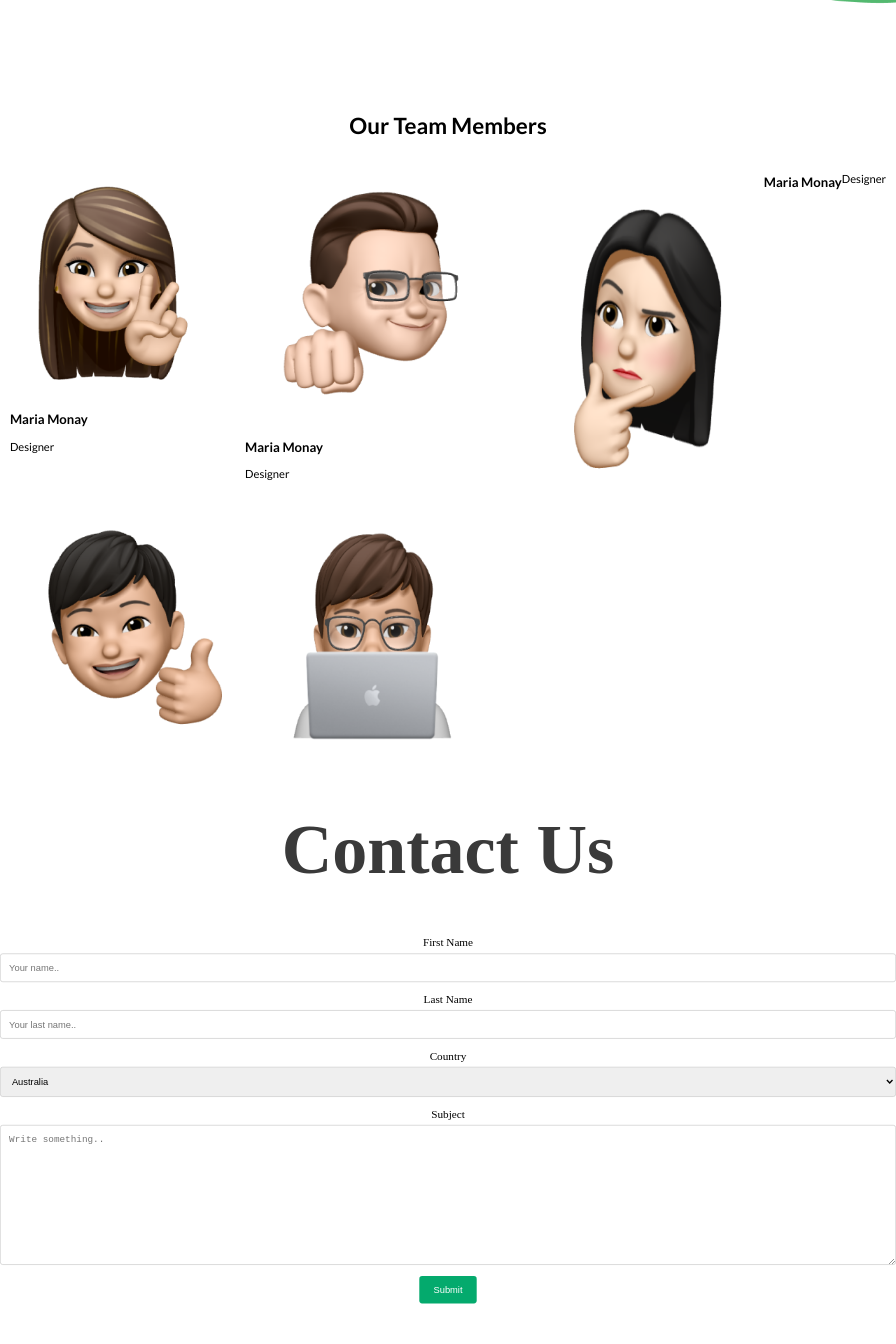
Repository: leahma1208/dinemaster
Page: index.html
The author's editor kept a copy of each file at every save. The page is drawn from the files as they stood at one save, then again after a run of saves.
The browser window is 1280 px wide. The pictures show the part of the page from y = 4080 to 6000 px (the page is 6046 px tall before and 6059 px after), at 70% of full size.
A picture or video elsewhere on the page could not be fetched, so the positions and the page height are approximate.

Above is the page before, as saved 2021-05-07 12:30:02.

### index.html
<!DOCTYPE html>
<html lang="en">
<head>
    <meta charset="UTF-8">
    <meta http-equiv="X-UA-Compatible" content="IE=edge">
    <meta name="viewport" content="width=device-width, initial-scale=1.0">
    <link rel="stylesheet" href="style.css">
    <link rel="preconnect" href="https://fonts.gstatic.com">
<link href="https://fonts.googleapis.com/css2?family=Lato:ital,wght@0,300;0,400;0,700;0,900;1,400;1,700;1,900&display=swap" rel="stylesheet">
    <title>Dinemaster</title>
</head>
<body>
    <div class="holder">
    <div class="main-nav">
        <div class="logo"><img src="/img/Logo.svg" alt=""></div>
        <div class="nav">
            <a href="#feature">Features</a>
            <a href="#down">Download</a>
            <a href="#about">About us</a>
        </div>
    </div>
<!-- =========INTRO================= -->
    <div class="col intro">
        <div class="head-cont">
            <div class="head">Share, Post, Like &<br> Review Restaurants</div>
            <div class="text">Share your favourite restaurants visits with your friends and family! Keep track of your visits and rate other restaurants.</div>
        </div>

        <div class="vid">
            <iframe width="700" height="400" src="https://www.youtube.com/watch?v=QAF69FwPSKw" title="YouTube video player" frameborder="0" allow="accelerometer; autoplay; clipboard-write; encrypted-media; gyroscope; picture-in-picture" allowfullscreen></iframe>
        </div>

    </div>

<!-- =========PERSONAL ACCOUNTS================= -->
    <div class="col personal" id="feature">
        <div class="personal-img">
            <img src="/img/personal.svg" alt="personal">
        </div>

        <div class="per-cont">
            <div class="head">Personal Accounts</div>
            <div class="text ">Post your favourite meal and keep track of your previous visits! Recommend your favourite restaurants to your friends and family.</div>
        </div>
    </div>


    <!-- =========BUSINESS ACCOUNTS================= -->
    <div class="col business">

        <div class="per-cont">
            <div class="head">Business Accounts</div>
            <div class="text ">Are you a business owner? Advertise your business by posting your restaurant menus and daily specials. Also, receive customer feedbacks to improve and promote your business.</div>
        </div>

        <div class="business-img">
            <img src="/img/business.svg" alt="business">
        </div>
    </div>

    <!--================ DOWNLOAD APP============== -->
    <div class="download" id="down">
        <div class="down-cont">
            <div class="bighead">Download App</div>
            <div class="text">Install the app today to share your favourite restaurants with your friends and family!</div>
        </div>
        <div class="down-img">
            <img src="/img/download.svg" alt="download">
        </div>
        <div class="down-buttons">
            <img src="/img/app store.svg" alt="app store">
            <img src="/img/google play.svg" alt="playstore">
        </div>
    </div>

     <!-- =========ABOUT US================= -->
        <div class="col aboutus" id="about">

            <div class="per-cont">
                <div class="head">About Us</div>
                <h2 class="dine">Dinemaster</h2>
                <div class="text ">Dinemaster allows users to share their personal experience with a restaurant that they have visited. With this app many restaurants can use this platform to advertise for their business and connect with their customers.</div>
            </div>

            <div class="business-img">
                <img src="/img/Aboutus.png" alt="aboutus">
            </div>
        </div>

<!-- =========Team Members================= -->
        <div class="members">
            <h1>Our Team Members</h1>
            <div class="img1">
                <div><img src="/img/image 4.png" alt="Maria Monay"><h3>Maria Monay</h3><p>Designer</p></div>
                <div><img src="/img/image 5.png" alt="Lance Bulseco"><h3>Maria Monay</h3><p>Designer</p></div>
                <img src="/img/39f8df7f1b6dbd378f3a219a0ab0f1ef-sticker 1.png" alt="Leah Ma"><h3>Maria Monay</h3><p>Designer</p></div>
            </div>
            <div class="img2">
                <img src="/img/2f48eec3970b26064700bd96f6fee4a5-sticker 1.png" alt="Justin Tsen">
                <img src="/img/4bc877a33df24f9d52337a4e7bfaca46-sticker 1.png" alt="Jason Zhao">
            </div>
        </div>

<!-- =========Contact Us================= -->
        <div>
            <h1 class="Contact">Contact Us</h1>
            <form action="/action_page.php" class="submit">
                <label for="fname">First Name</label>
                <input type="text" id="fname" name="firstname" placeholder="Your name..">

                <label for="lname">Last Name</label>
                <input type="text" id="lname" name="lastname" placeholder="Your last name..">

                <label for="country">Country</label>
                <select id="country" name="country">
                  <option value="australia">Australia</option>
                  <option value="canada">Canada</option>
                  <option value="usa">USA</option>
                </select>

                <label for="subject">Subject</label>
                <textarea id="subject" name="subject" placeholder="Write something.." style="height:200px"></textarea>

                <input type="submit" value="Submit" >
              </form>
        </div>
<br>
<br>
<br>
<!-- =========Copy Right================= -->
<div class="copyright">
    <p>©2021 Dinemaster | BCIT Educational Project</p>
</div>
</div>
</body>
</html>

### style.css
body ,
html {
  margin: 0;
}

.holder {
  font-family: "Lato", sans-serif;
}

/* ===============NAV BAR============ */
.main-nav {
  display: flex;
  padding-top: 50px;
  justify-content: space-between;
  max-width: 90vw;
  margin: auto;
}

.logo > img {
  width: 350px;
}

.nav {
  display: flex;
  justify-content: space-between;
  min-width: 650px;
}

.nav > a {
  text-decoration: none;
  color: #222222;
  font-size: 30px;
}

a:hover {
  color: #727272;
}
/* ===========FIRST COL=================== */

.col {
  display: flex;
}

.intro {
  max-width: 90vw;
  margin: auto;
  margin-top: 300px;
  justify-content: space-between;
}

.head {
  font-size: 60px;
  color: #3a3a3a;
  font-weight: 400;
}
.text {
  font-size: 30px;
  line-height: 40px;
  color: #444444;
  margin-top: 30px;
  font-weight: 300;
  max-width: 700px;
}

.vid {
  margin-left: 100px;
}

/* ========PERSONAL============== */
.personal {
  margin-top: 150px;
  justify-content: space-between;
}

.personal-img {
  margin-right: 100px;
}

.per-cont {
  margin: auto;
  padding: 60px;
}

/* ========BUSINESS============== */
.business {
  margin-top: 100px;
  justify-content: space-between;
}

/* ======DOWNLOAD============= */

.download {
  max-width: 90vw;
  margin: auto;
  display: flex;
  flex-direction: column;
  justify-content: center;
  align-items: center;
}

.down-cont {
  margin-top: 250px;
  text-align: center;
}

.bighead {
  font-size: 100px;
  font-weight: 700;
  color: #3a3a3a;
}

.down-img {
  margin-top: 100px;
  margin-bottom: 100px;
}

.down-buttons {
  display: flex;
  justify-content: space-around;
}

.down-buttons > img {
  padding: 10px;
}

/* ======ABOUTUS============= */
.dine{
font-size: 40px;
}
/* ======ABOUTUS============= */

.members{
  display: flex;
  justify-content: center;
  align-items: center;
  flex-direction: column;
}


.img1{
  display: flex;
  flex-direction: row;
  padding: 10px;
}

.img2{
  display: flex;
  flex-direction: row;
  padding: 10px;
}




/*==========Contact==============*/


input[type=text], select, textarea {
  width: 100%;
  padding: 12px;
  border: 1px solid #ccc;
  border-radius: 4px;
  box-sizing: border-box;
  margin-top: 6px;
  margin-bottom: 16px;
  resize: vertical;
}

input[type=submit] {
  background-color: #04AA6D;
  color: white;
  padding: 12px 20px;
  border: none;
  border-radius: 4px;
  cursor: pointer;
}

input[type=submit]:hover {
  background-color: #45a049;
}

.container {
  border-radius: 5px;
  background-color: #f2f2f2;
  padding: 20px;
}

.Contact{
  display: flex;
  justify-content: center;
  font-size: 100px;
  font-weight: 700;
  color: #3a3a3a;
}

.submit{
  display: flex;
  justify-content: center;
  align-items: center;
  flex-direction: column;
}
/*========Copy========*/

.copyright{
  display: flex;
  align-items: center;
  justify-content: center;
  font-weight:200px;
}

After the next 2 saves:
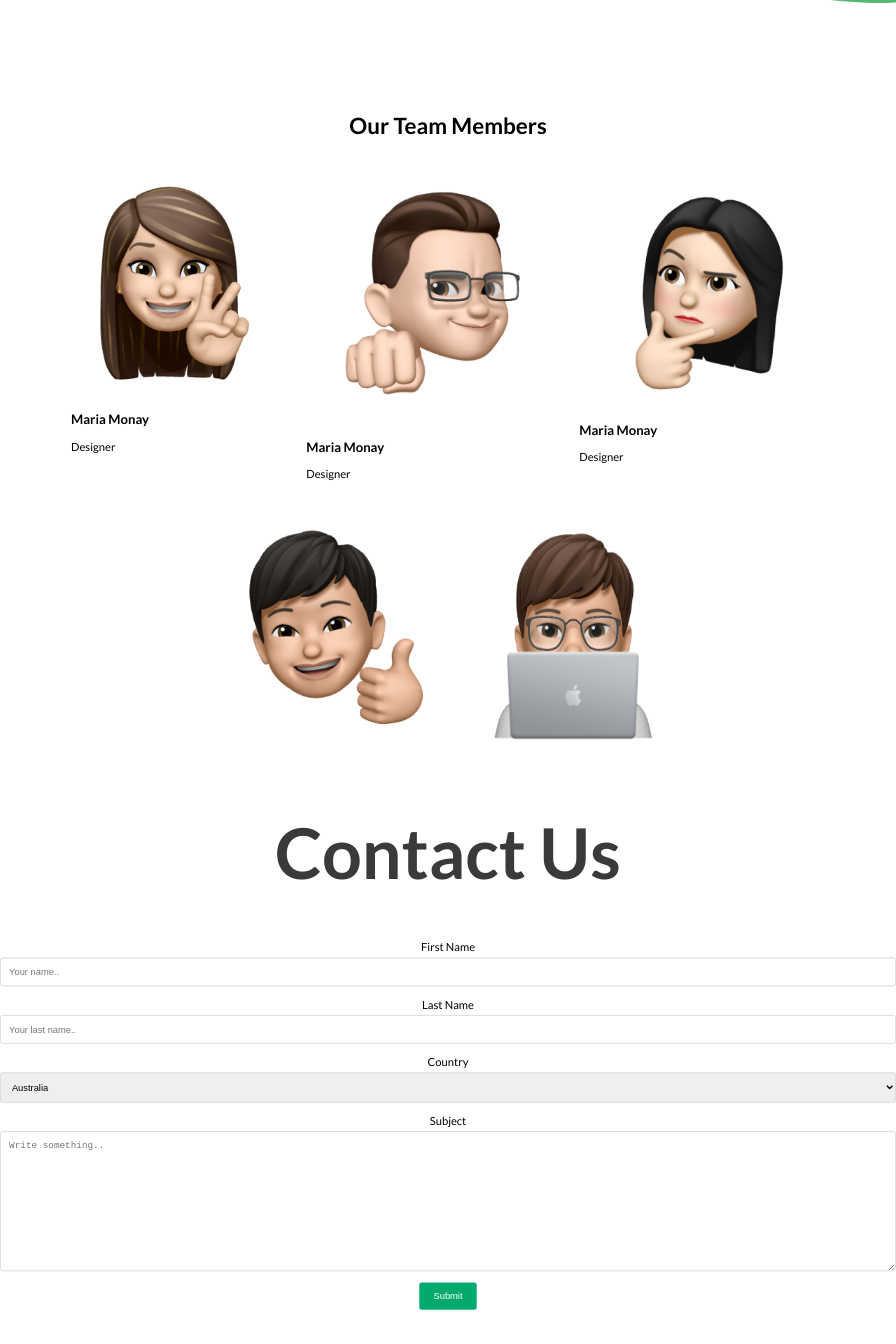
The 2 saves are shown as one change because they came seconds apart.
The last was saved 7 s later.
--- a/index.html
+++ b/index.html
@@ -93,7 +93,7 @@
             <div class="img1">
                 <div><img src="/img/image 4.png" alt="Maria Monay"><h3>Maria Monay</h3><p>Designer</p></div>
                 <div><img src="/img/image 5.png" alt="Lance Bulseco"><h3>Maria Monay</h3><p>Designer</p></div>
-                <img src="/img/39f8df7f1b6dbd378f3a219a0ab0f1ef-sticker 1.png" alt="Leah Ma"><h3>Maria Monay</h3><p>Designer</p></div>
+                <div><img src="/img/39f8df7f1b6dbd378f3a219a0ab0f1ef-sticker 1.png" alt="Leah Ma"><h3>Maria Monay</h3><p>Designer</p></div>
             </div>
             <div class="img2">
                 <img src="/img/2f48eec3970b26064700bd96f6fee4a5-sticker 1.png" alt="Justin Tsen">
